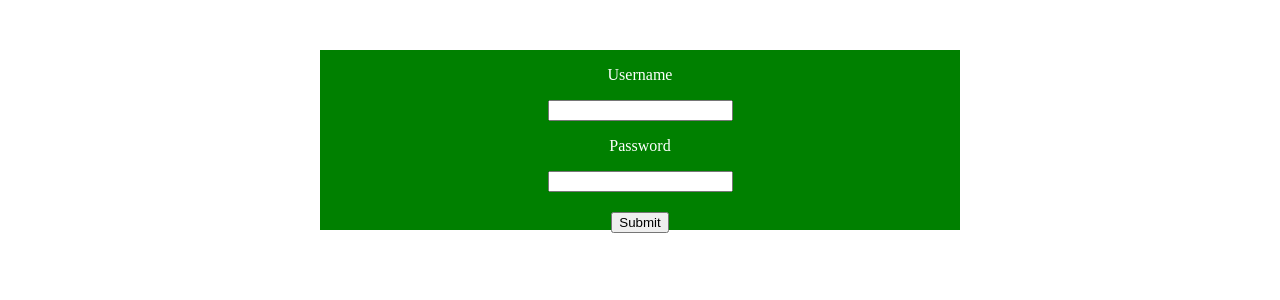
Repository: rdf004/playfab_blackjack
Page: /
The author's editor kept a copy of each file at every save. The page is drawn from the files as they stood at one save, then again after the next save.
The browser window is 1280 px wide. The pictures show the whole page.
The project was rebuilt for these pictures with package versions that can differ from the ones it lists, and the page was loaded fresh each time. Also part of the build but not shown: src/Components/App.js.

Above is the page before, as saved 2020-05-07 20:17:33.

After the next save:
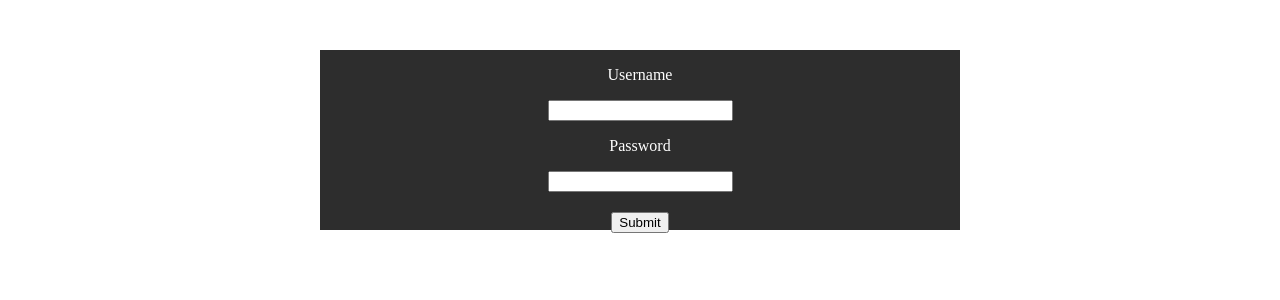
Saved 12 s later.
--- a/src/Style/style.css
+++ b/src/Style/style.css
@@ -3,7 +3,7 @@
 }
 
 .login-div {
-    background-color: green;
+    background-color: #2D2D2D;
     width: 50vw;
     height: 25vh;
     display: grid;
